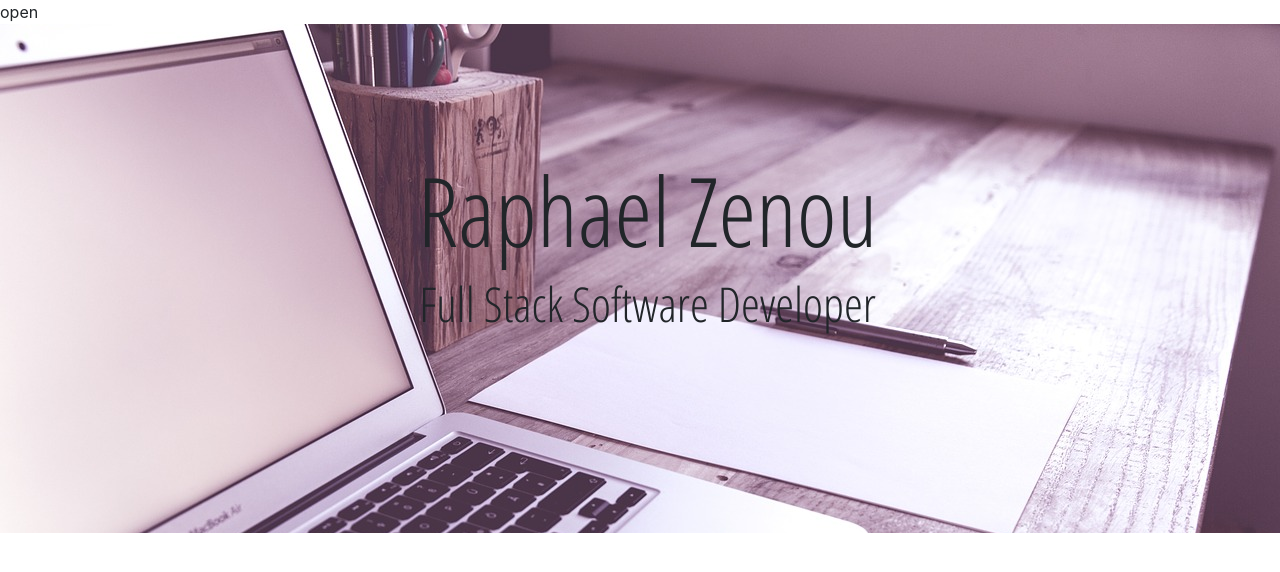
Repository: Code-Institute-Submissions/resume
Page: index.html
The author's editor kept a record of every edit. The page is drawn from the files as they stood at one moment, then again after the next edit.
The browser window is 1280 px wide. The pictures show the whole page.

Above is the page before.

After the next edit:
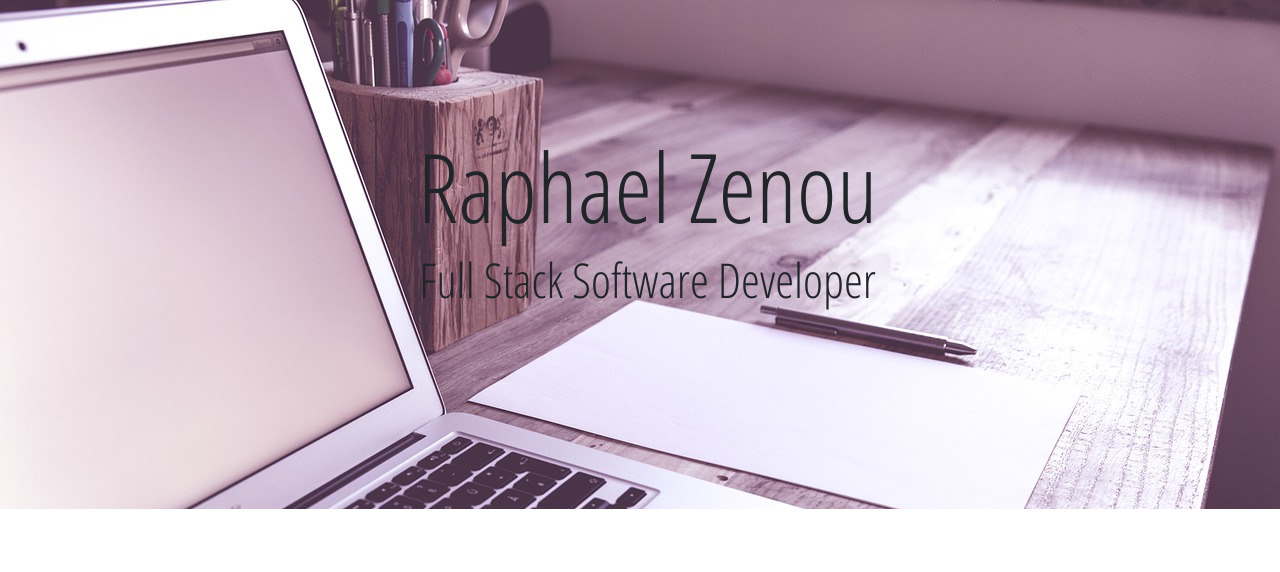
The edit:
--- a/index.html
+++ b/index.html
@@ -24,7 +24,7 @@
   <a href="#">Contact</a>
 </div>
 
-<span onclick="openNav()">open</span>
+
 
 <div id="main">
 
